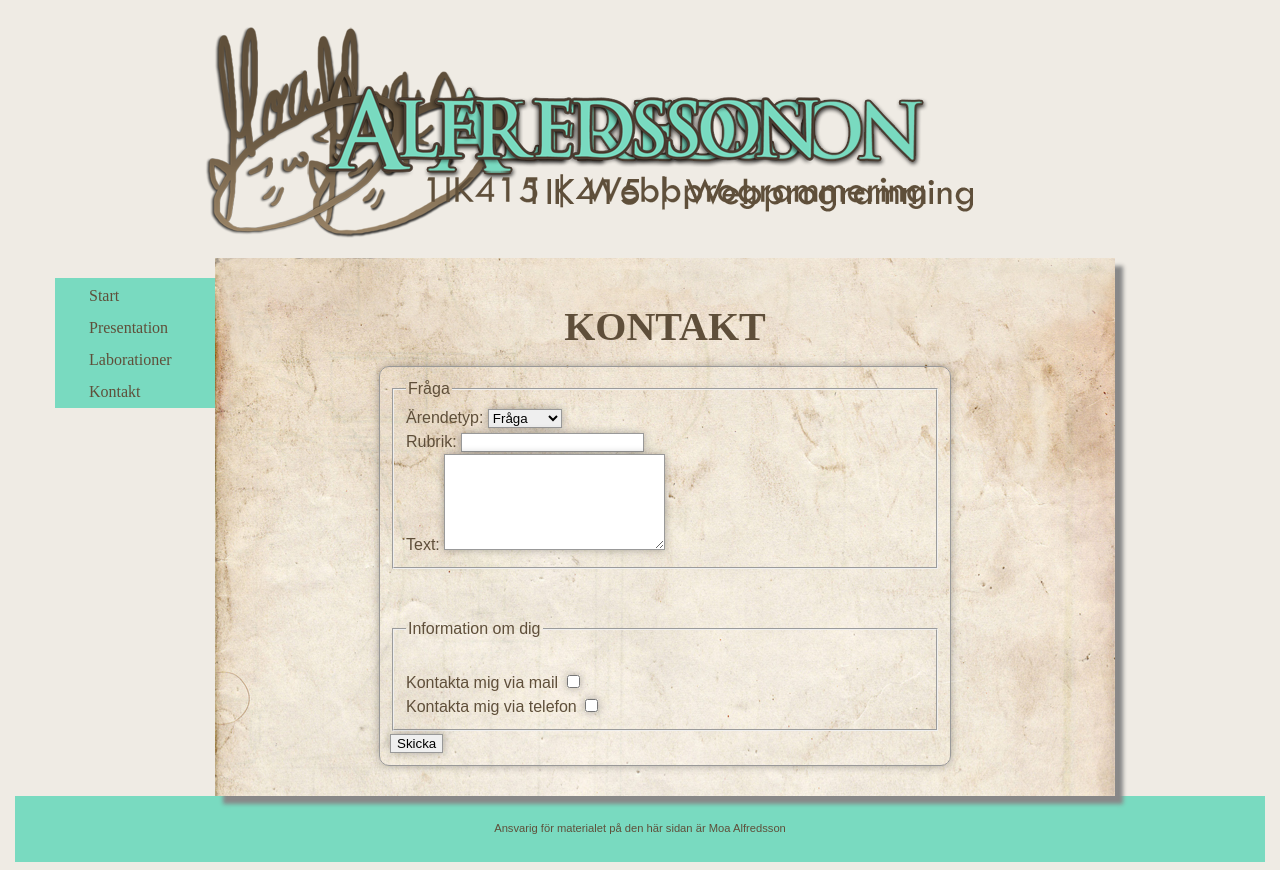
Repository: ma223md/1ik415
Page: Pages/kontakt.html
The author's editor kept a record of every edit. The page is drawn from the files as they stood at one moment, then again after the next edit.
The browser window is 1280 px wide. The pictures show the whole page.

Above is the page before.

### Pages/kontakt.html
<!DOCTYPE html>
<html>
    <head>
        <title>Kontakt</title>
        <meta charset="UTF-8">
        <!-- Gör så att svenska bokstäver visas korrekt -->
        <link rel="stylesheet" href="../css/style2.css" />
    </head>
    <body>
        <div id="container">
            <div id="header">
                <img src="../Pictures/logga.png" alt="logga">
            </div>
            <div id="navigation">
            <ul>
                <li><a href="../Index.html">Start</a></li>
                <li><a href="../Pages/presentation.html" >Presentation</a></li>
                <li><a href="../Pages/laborationer.html">Laborationer</a></li>
                <li><a href="../Pages/kontakt.html" class="active">Kontakt</a></li>
                </ul>
            </div>
            <div id="content">
                <h1>Kontakt</h1>
                <form name="contactForm" action="http://voyager.lnu.se/tekinet/kurser/dtt/wp_webbintro/form.php" method="post">
                    <fieldset>
                        <legend>Fråga</legend>
                        Ärendetyp:
                        <select name="errand">
                            <option value="question">Fråga</option>
                            <option value="greeting">Hälsning</option>
                            <option value="other">Övrigt</option>
                        </select>
                        <br>
                        Rubrik: <input type="text" name="headline"><br>
                        Text: <textarea  name="comments" cols="25" rows="6"></textarea>
                    </fieldset>
                    <br>
                    <br>
                    <fieldset>
                        <legend>Information om dig</legend><br>
                        Kontakta mig via mail <input type="checkbox" name="contact" value="mail"><br>
                        Kontakta mig via telefon <input type="checkbox" name="contact" value="phone"><br>
                    </fieldset>
                    <input type="submit" value="Skicka" name="send">
                </form>
            </div>
            <div id="footer">
                <p>Ansvarig för materialet på den här sidan är Moa Alfredsson</p>
            </div>
        </div>
    </body>
</html>

### css/style2.css
/* Layout */

/*  Colors
    Main: #e1e0ce
    Navigation: #79dac0
    Content text: #5f4f3a
*/
body
    {
        background: #efebe4;
        line-height: 1.5em;
    }

#header
    {
        background-image: url(pics/logga2.png);
        background-repeat: no-repeat;
        background-position: center;
        height:250px;
    }

#container
    {
        background: #efebe4;
        width: 1250px;
        overflow: auto;
        margin: 0 auto;
    }


#header img
    {
        padding-top: 15px;
        padding-left: 185px;
    }

#home a
    {
        background: url(pics/sprite.png) 5px -43px;
        background-repeat: no-repeat;
    }
#home a:hover
    {
        background: url(pics/sprite.png) 5px 5px;
        background-repeat: no-repeat;
        background-color:  #95efd7;
    }

#pres a
    {
        background: url(pics/sprite.png) 5px -235px;
        background-repeat: no-repeat;
    }
#pres a:hover
    {
        background: url(pics/sprite.png) 5px -187px;
        background-repeat: no-repeat;
        background-color:  #95efd7;
    }

#lab a
    {
        background: url(pics/sprite.png) 5px -139px;
        background-repeat: no-repeat;
    }

#lab a:hover
    {
        background: url(pics/sprite.png) 5px -91px;
        background-repeat: no-repeat;
        background-color:  #95efd7;
    }

#contact a
    {
        background: url(pics/sprite.png) 5px -331px;
        background-repeat: no-repeat;
    }

#contact a:hover
    {
        background: url(pics/sprite.png) 5px -283px;
        background-repeat: no-repeat;
        background-color:  #95efd7;
    }

#navigation
    {
        float: left;
        background: #efebe4;
        width: 200px;
    }

#navigation ul
    {
        list-style: none;
    }

#navigation li
    {
            width: 185px;
            height: 24px;
            padding-top: 4px;
            padding-bottom: 4px;
    }

#navigation a
    {
        padding-left: 34px;
        padding-right: 8px;
        padding-top: 6px;
        padding-bottom: 4px;
        text-decoration: none;
        font-family: 'Cinzel', serif;
        background-color: #79dac0;
        color: #5f4f3a;
        display: block;
    }

#navigation ul li .activehome
    {
        color: #5f4f3a;
        background-color: #95efd7;
        background: url(pics/sprite.png) 5px 5px;
        background-repeat: no-repeat;
    }
#navigation ul li .activepres
    {
        color: #5f4f3a;
        background-color: #95efd7;
        background: url(pics/sprite.png) 5px -187px;
        background-repeat: no-repeat;
    }
#navigation ul li .activelab
    {
        color: #5f4f3a;
        background-color: #95efd7;
        background: url(pics/sprite.png) 5px -91px;
        background-repeat: no-repeat;
    }
#navigation ul li .activecontact
    {
        color: #5f4f3a;
        background-color: #95efd7;
        background: url(pics/sprite.png) 5px -283px;
        background-repeat: no-repeat;
    }


#content
    {
        background-image: url(pics/paperbackground.jpg);
        width: 840px;
        float: left;
        box-shadow: 8px 8px 4px #888888;
        padding: 30px;
        color: #5f4f3a;
        font-family: 'Ubuntu', sans-serif;
    }

#content p
    {
        padding-bottom: 10px;
    }

#content .blogdate
    {
        font-size: 0.7em;
        clear: both;
    }

#content h1
    {
        color: #5f4f3a;
        font-family: 'Cinzel', serif;
        font-size: 2.5em;
        text-transform: uppercase;
        text-align: center;
    }

#content h2, h3
    {
        color: #5f4f3a;
        font-family: 'Cinzel', serif;
    }

#content table, th, td
    {
        border: 2px solid #5f4f3a;
    }

#content td
    {
        padding: 10px;
    }

#content a
    {
        color: #5f4f3a;
    }
/* Textwrap för bilder */
.TextWrapRight
    {
        float: right;
        padding-bottom: 10px;
        padding-left: 10px;
    }
.TextWrapLeft
    {
        float: left;
        padding-bottom: 10px;
        padding-right: 10px;
    }

img
    {
        max-width: 100%;
    }

video
    {
        max-width: 700px;
    }

form
    {
        margin:auto;
        position:relative;
        width:550px;
        color: #5f4f3a;
        font-family: 'Ubuntu', sans-serif;
        -webkit-border-radius: 10px;
        -moz-border-radius: 10px;
        padding:10px;
        border: 1px solid #999;
        border: inset 1px solid #333;
        -webkit-box-shadow: 0px 0px 8px rgba(0, 0, 0, 0.3);
        -moz-box-shadow: 0px 0px 8px rgba(0, 0, 0, 0.3);
        box-shadow: 0px 0px 8px rgba(0, 0, 0, 0.3);
    }

input, option, textarea, select
    {
        border: 1px solid #999;
        -webkit-box-shadow: 0px 0px 8px rgba(0, 0, 0, 0.3);
        -moz-box-shadow: 0px 0px 8px rgba(0, 0, 0, 0.3);
        box-shadow: 0px 0px 8px rgba(0, 0, 0, 0.3);
    }

.fillIn
    {
        width:375px;
        display:block;
    }

.button
    {
        width:80px;
        margin-top:10px;
        padding: 5px;
        color: #5f4f3a;
        font-family: 'Ubuntu', sans-serif;
    }


/* Placerar footer under kolumnerna */
#footer
    {
        clear: both;
        background: #79dac0;
        height: 66px;
    }

#footer p
    {
        color: #5f4f3a;
        font-family: 'Ubuntu', sans-serif;
        font-size: 0.7em;
        text-align: center;
        padding-top: 20px;
    }

After the next edit:
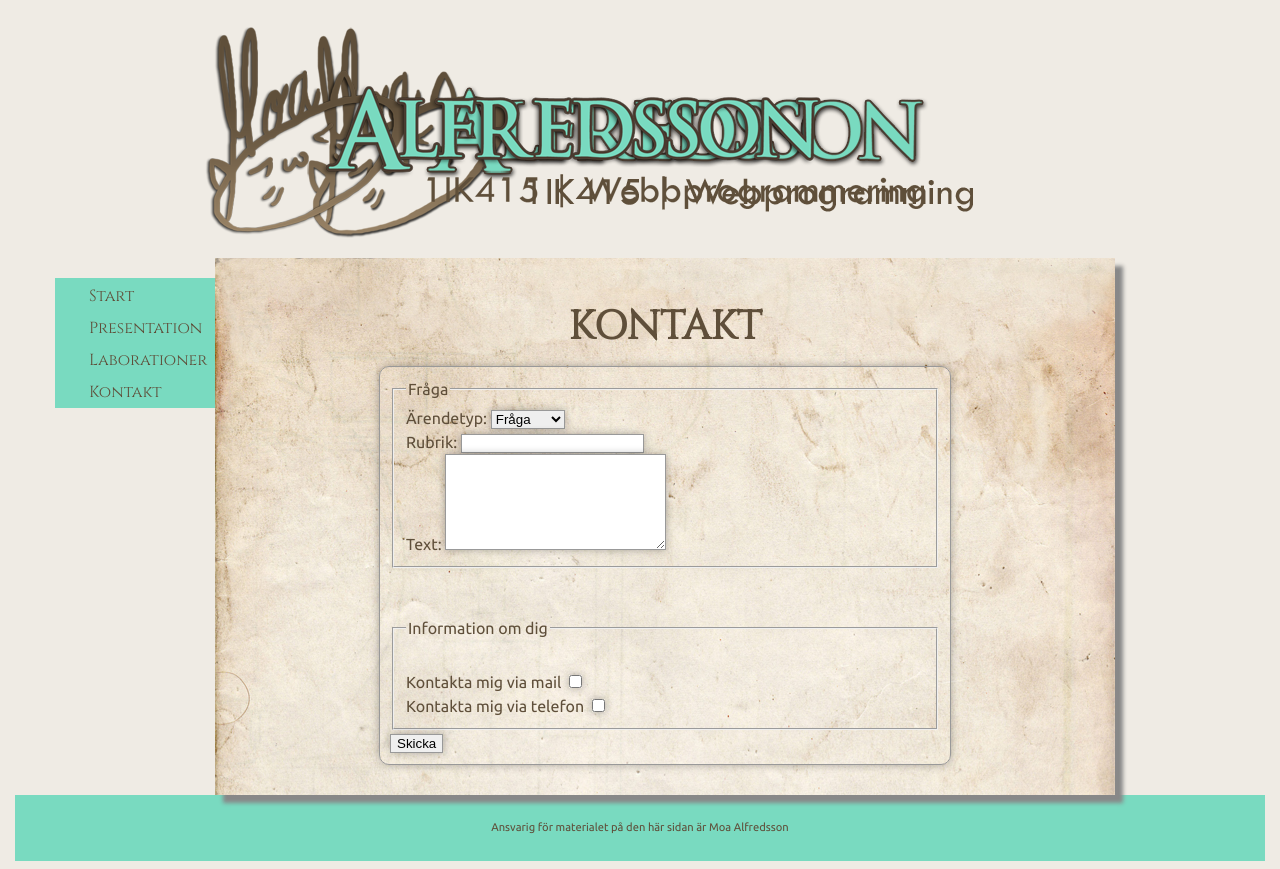
The edit:
--- a/Pages/kontakt.html
+++ b/Pages/kontakt.html
@@ -5,6 +5,8 @@
         <meta charset="UTF-8">
         <!-- Gör så att svenska bokstäver visas korrekt -->
         <link rel="stylesheet" href="../css/style2.css" />
+        <link href='//fonts.googleapis.com/css?family=Ubuntu' rel='stylesheet' type='text/css'>
+        <link href='//fonts.googleapis.com/css?family=Cinzel' rel='stylesheet' type='text/css'>
     </head>
     <body>
         <div id="container">
